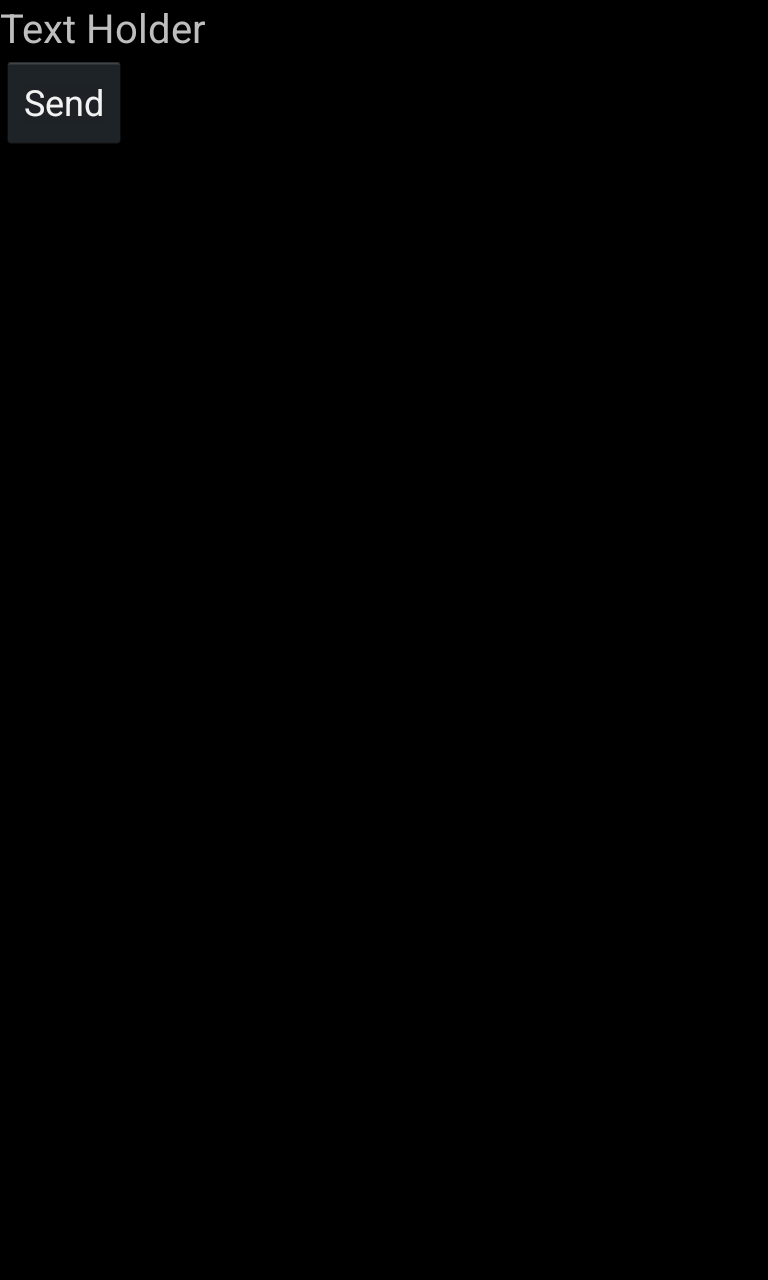
Repository: tomcynicholls/ThirdYearProject
Layout: JavaCode/App/res/layout/activity_display_message.xml
The author's editor kept a copy of each file at every save. The layout is drawn from the files as they stood at one save, then again after the next save.
It is drawn on a 768 x 1280 px phone screen (xhdpi) without system bars, with theme android:Theme.Holo; the app's code is not run.

Above is the layout before, as saved 2013-01-20 15:29:06.

After the next save:
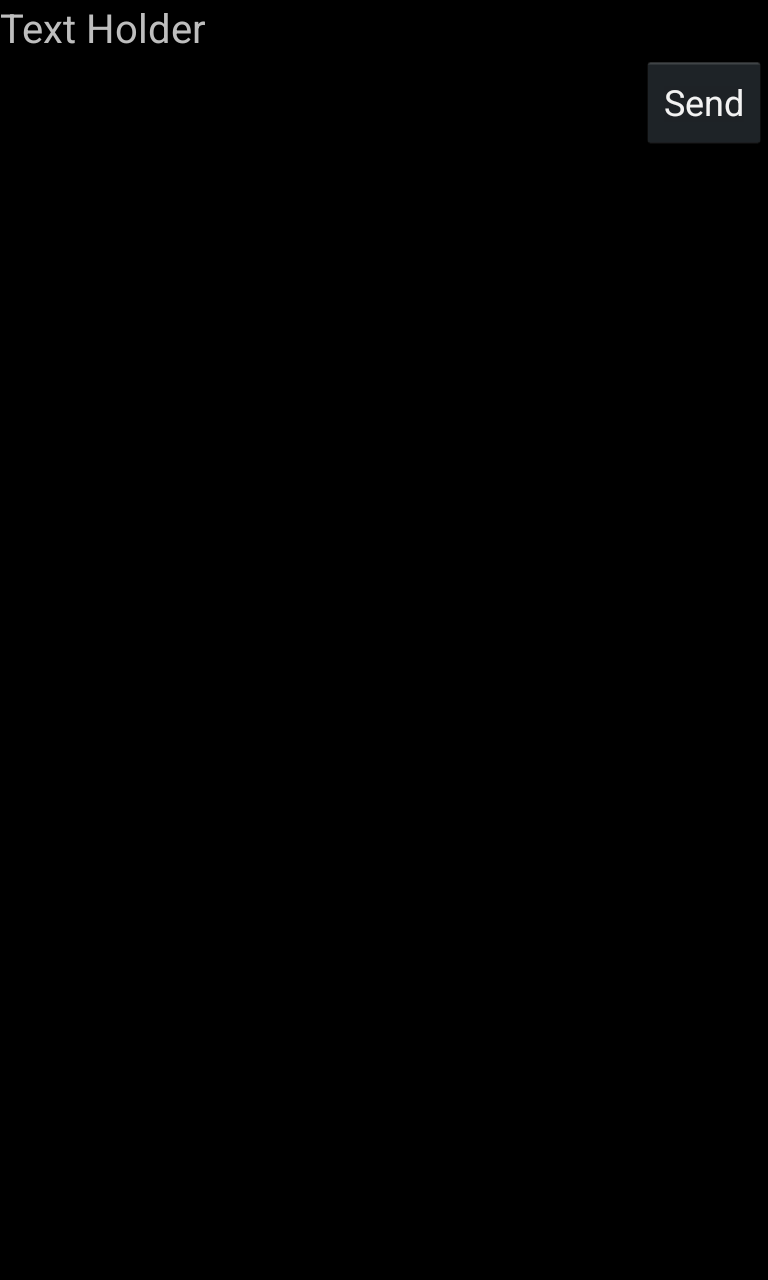
Saved 114 s later.
--- a/JavaCode/App/res/layout/activity_display_message.xml
+++ b/JavaCode/App/res/layout/activity_display_message.xml
@@ -18,16 +18,17 @@
         android:text="@string/holder"/>
     </LinearLayout>
 
-<LinearLayout
-            android:id="@+id/innerlin2"
+<RelativeLayout
+            android:id="@+id/innerrel"
             android:layout_width="match_parent"
             android:layout_height="wrap_content"
             android:orientation="vertical" >
     <Button
         android:layout_width="wrap_content"
         android:layout_height="wrap_content"
+        android:layout_alignParentRight="true"
         android:text="@string/button_send"
         android:onClick="sendMessage" />
-    </LinearLayout>
+    </RelativeLayout>
 
 </LinearLayout>
